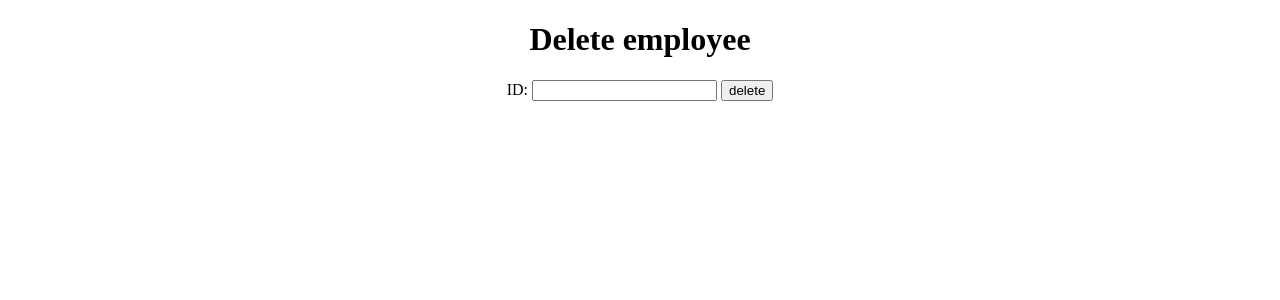
Repository: poobalan5397/corejava
Page: firstWebsite/src/main/webapp/Deleteemployee.html
The author's editor kept a copy of each file at every save. The page is drawn from the files as they stood at one save, then again after the next save.
The browser window is 1280 px wide. The pictures show the whole page.

Above is the page before, as saved 2022-05-24 16:47:47.

### firstWebsite/src/main/webapp/Deleteemployee.html
<!DOCTYPE html>
<html>
<head>
<meta charset="ISO-8859-1">
<title>Employees</title>
</head>
<body>
<form action="Employees" method="Delete">
<center>
<h1>Delete employee</h1>
ID: <input type='text' name='id'>
<input type=submit value='delete' name='submit'>
</center>
</form>

</body>
</html>

After the next save:
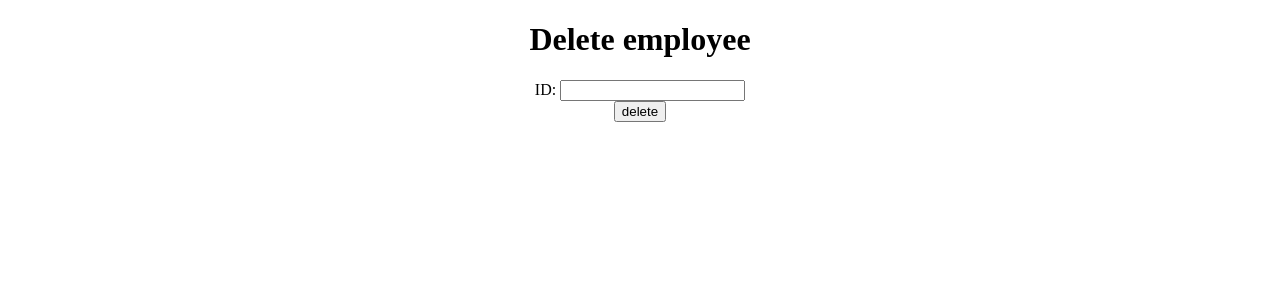
Saved 8 min 24 s later.
--- a/firstWebsite/src/main/webapp/Deleteemployee.html
+++ b/firstWebsite/src/main/webapp/Deleteemployee.html
@@ -8,7 +8,9 @@
 <form action="Employees" method="Delete">
 <center>
 <h1>Delete employee</h1>
+<div></div>
 ID: <input type='text' name='id'>
+<div></div>
 <input type=submit value='delete' name='submit'>
 </center>
 </form>
